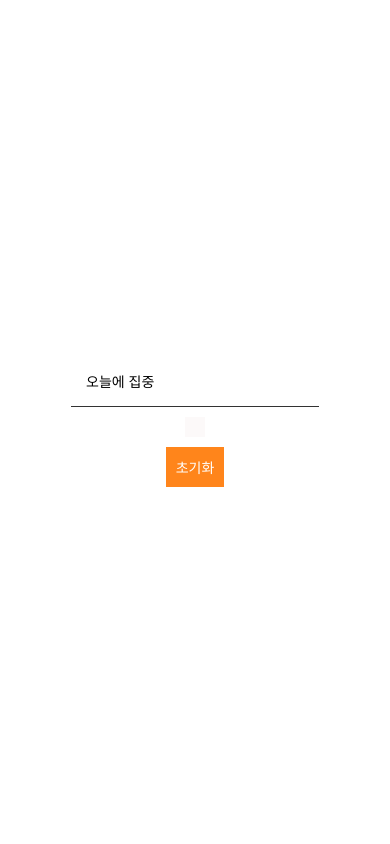
Repository: GoodHoneyCake/toy_project
Page: /
These files come from the project's save history. The page is drawn as it stood at one moment and after the next save; the edit follows.
The browser window is 390 px wide. The pictures show the whole page.
The app was drawn by React Native's web renderer in a window 390 px wide. The project was rebuilt for these pictures with package versions that can differ from the ones it lists, and the page was loaded fresh each time.

Above is the page before, as saved 2021-02-05 14:19:01.

### App.js
import React from "react";
import {
  StyleSheet,
  Text,
  View,
  TextInput,
  TouchableOpacity,
} from "react-native";
import AsyncStorage from "@react-native-async-storage/async-storage";

const STORAGE_KEY = "@save_name";

class App extends React.Component {
  state = {
    text: "",
    name: "",
  };

  componentDidMount() {
    this.retrieveData();
  }

  retrieveData = async () => {
    try {
      const name = await AsyncStorage.getItem(STORAGE_KEY);

      if (name !== null) {
        this.setState({ name });
      }
    } catch (e) {
      alert("Failed to load name.");
    }
  };

  save = async (name) => {
    try {
      await AsyncStorage.setItem(STORAGE_KEY, name);
      alert("오늘에 집중♥");
      this.setState({ name });
    } catch (e) {
      alert("Failed to save name.");
    }
  };

  removeEverything = async () => {
    try {
      await AsyncStorage.clear();
      alert("초기화♥");
    } catch (e) {
      alert("Failed to clear the async storage.");
    }
  };

  onChangeText = (text) => this.setState({ text });

  onSubmitEditing = () => {
    const onSave = this.save;
    const { text } = this.state;

    if (!text) return;

    onSave(text);
    this.setState({ text: "" });
  };

  render() {
    const { text, name } = this.state;
    return (
      <View style={styles.container}>
        <TextInput
          style={styles.input}
          value={text}
          placeholder="오늘에 집중"
          onChangeText={this.onChangeText}
          onSubmitEditing={this.onSubmitEditing}
        />
        <Text style={styles.text}>{name}</Text>
        <TouchableOpacity onPress={this.removeEverything} style={styles.button}>
          <Text style={styles.buttonText}>초기화</Text>
        </TouchableOpacity>
      </View>
    );
  }
}

const styles = StyleSheet.create({
  container: {
    flex: 1,
    backgroundColor: "#fff",
    alignItems: "center",
    justifyContent: "center",
  },
  text: {
    fontSize: 20,
    padding: 10,
    backgroundColor: "#fcf9f9",
  },
  input: {
    padding: 15,
    height: 50,
    borderBottomWidth: 1,
    borderBottomColor: "#333",
    margin: 10,
  },
  button: {
    margin: 10,
    padding: 10,
    backgroundColor: "#FF851B",
  },
  buttonText: {
    fontSize: 14,
    color: "#fff",
  },
});

export default App;

After the next save:
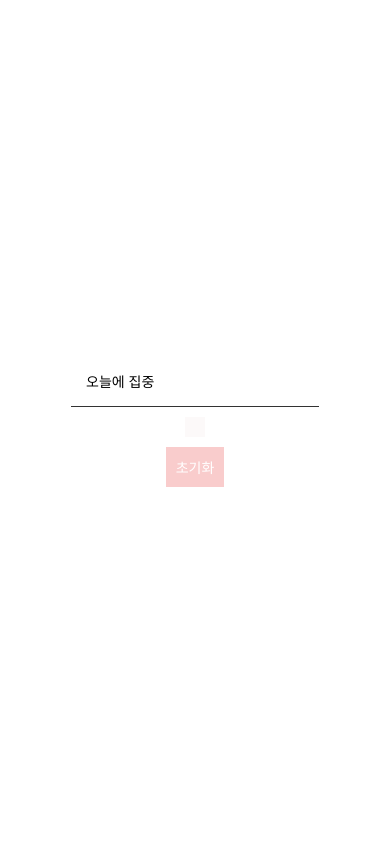
Saved 15 s later.
--- a/App.js
+++ b/App.js
@@ -105,7 +105,7 @@ const styles = StyleSheet.create({
   button: {
     margin: 10,
     padding: 10,
-    backgroundColor: "#FF851B",
+    backgroundColor: "#f9cccc",
   },
   buttonText: {
     fontSize: 14,
